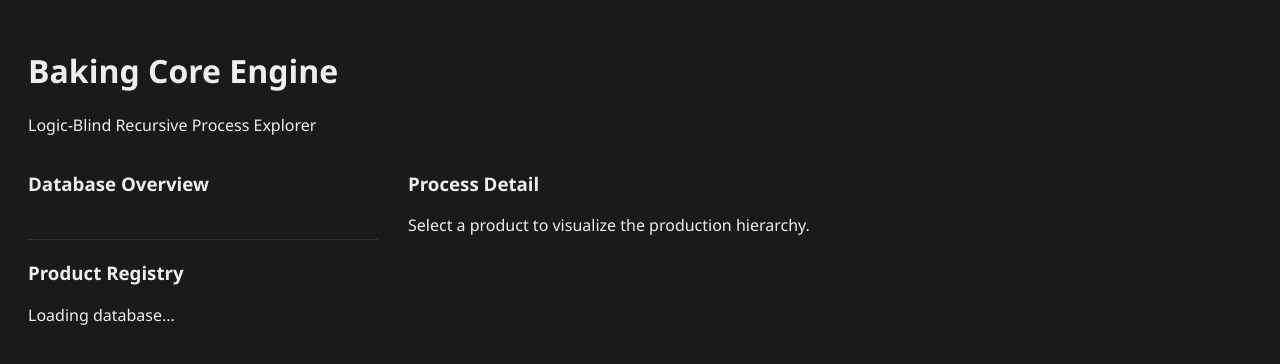
Repository: dkg11hu/baking-core
Page: index.html
The author's editor kept a copy of each file at every save. The page is drawn from the files as they stood at one save, then again after the next save.
The browser window is 1280 px wide. The pictures show the whole page.

Above is the page before, as saved 2026-01-02 13:32:30.

After the next save:
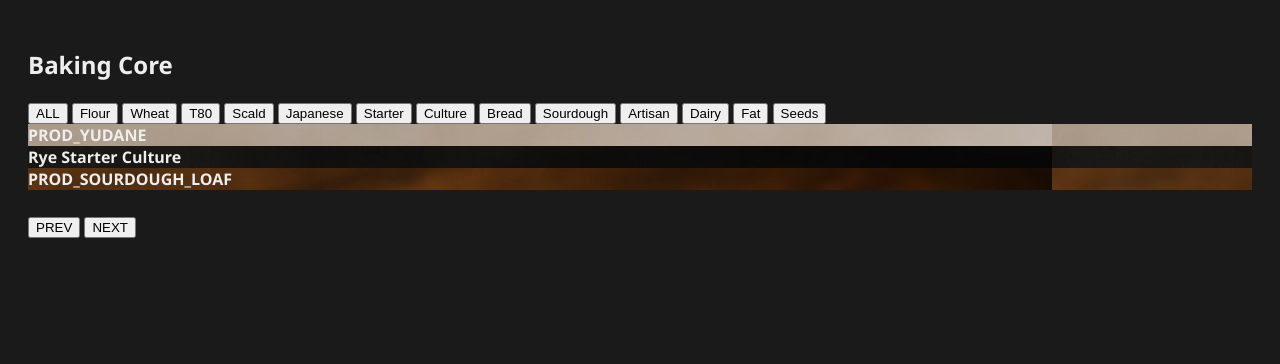
Saved 39 s later.
--- a/index.html
+++ b/index.html
@@ -2,34 +2,48 @@
 <html lang="en">
 <head>
     <meta charset="UTF-8">
-    <meta name="viewport" content="width=device-width, initial-scale=1.0">
-    <title>Baking Core | Process Hierarchy</title>
+    <meta name="viewport" content="width=device-width, initial-scale=1.0, maximum-scale=1.0, user-scalable=no">
+    <title>Baking Core | Production Driver</title>
     <link rel="stylesheet" href="style.css">
     <link rel="icon" type="image/svg+xml" href="data:[embedded picture, 224 characters]">
 </head>
 <body>
-    <header>
-        <h1>Baking Core Engine</h1>
-        <p>Logic-Blind Recursive Process Explorer</p>
-    </header>
 
-    <div class="dashboard">
-        <aside class="filter-panel">
-            <h3>Database Overview</h3>
-            <div id="stats-summary" class="stats-grid"></div>
+    <div id="app-shell">
+        <section id="browser-view" class="view-screen">
+            <header class="sticky-header">
+                <h1>Baking Core</h1>
+                <div id="filter-chips" class="chip-container">
+                    </div>
+            </header>
 
-            <hr class="divider">
+            <div id="tile-grid" class="tile-grid">
+                </div>
 
-            <h3>Product Registry</h3>
-            <div id="product-list">Loading database...</div>
-        </aside>
+            <footer class="browser-footer">
+                <div id="stats-summary" class="stats-grid"></div>
+            </footer>
+        </section>
 
-        <main class="process-view">
-            <div id="output">
-                <h3>Process Detail</h3>
-                <p>Select a product to visualize the production hierarchy.</p>
+        <section id="workflow-view" class="view-screen hidden">
+            <div id="workflow-container">
+                <div id="media-stage" class="media-container">
+                    </div>
+
+                <div class="content-stage">
+                    <div id="step-description" class="step-card">
+                        </div>
+
+                    <div id="step-ingredients" class="ingredients-list">
+                        </div>
+                </div>
+
+                <nav class="stepper-controls">
+                    <button class="btn-nav" onclick="changeStep(-1)">PREV</button>
+                    <button class="btn-nav primary" onclick="changeStep(1)">NEXT</button>
+                </nav>
             </div>
-        </main>
+        </section>
     </div>
 
     <script type="module" src="app.js"></script>
